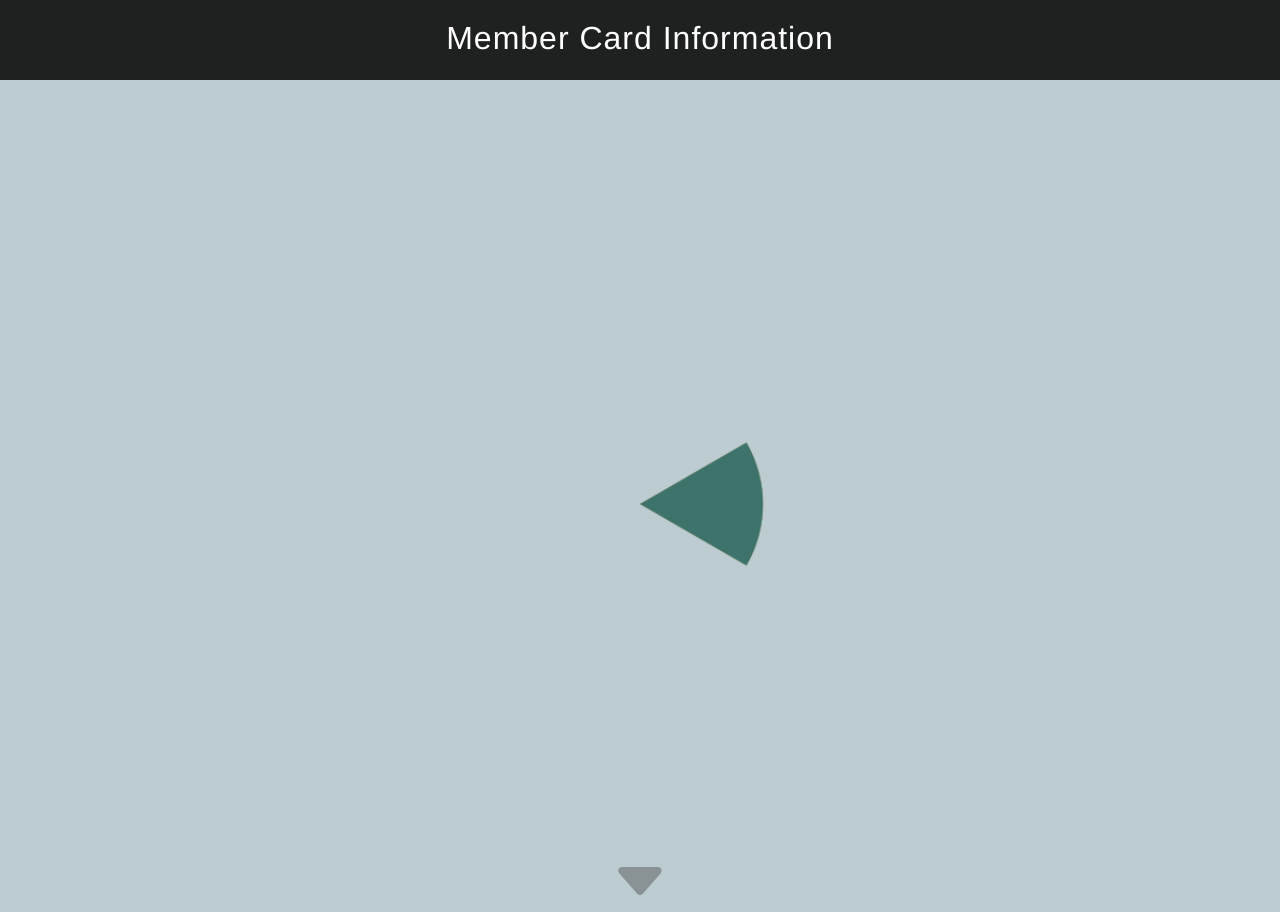
Repository: Leooook/lzhao-fed-test
Page: /
An editor plug-in stored every save of this project. The page is shown before and after the next save, followed by the edit.
The browser window is 1280 px wide. The pictures show the whole page.
The page's requests for data from a server got no answer. The project was rebuilt for these pictures with package versions that can differ from the ones it lists, and the page was loaded fresh each time. No one was signed in, and anything a server would have sent is missing. Also part of the build but not shown: src/components/detail.jsx.

Above is the page before, as saved 2021-03-15 21:31:06.

After the next save:
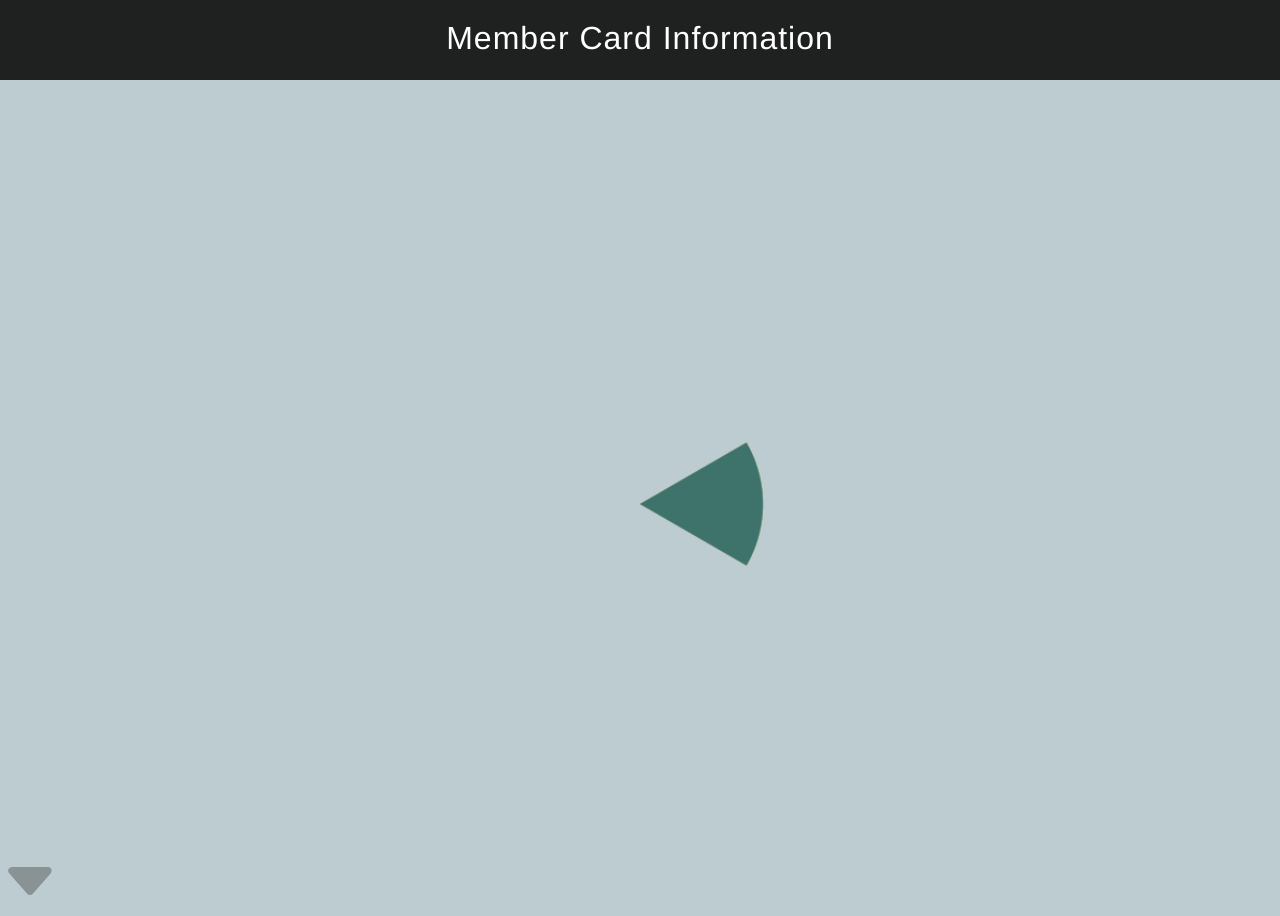
Saved 46 s later.
--- a/src/App.css
+++ b/src/App.css
@@ -21,7 +21,7 @@
 	width: 60px;
 	height: 60px;
 	margin: auto;
-	display: block;
+	display: inline-block;
 	cursor: pointer;
 	animation: upAndDown 3s ease-in-out infinite;
 }

After the save that followed:
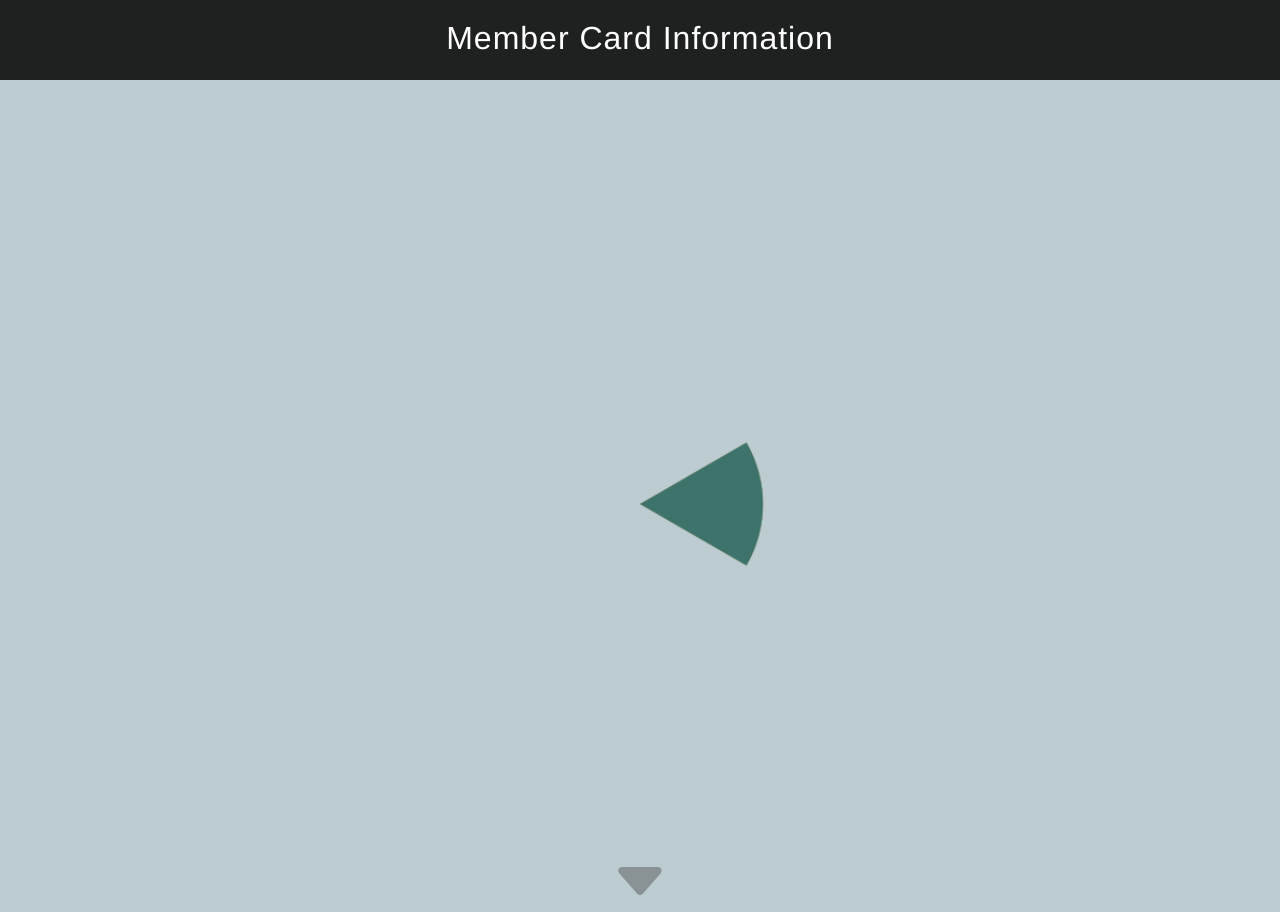
Saved 6 s later.
--- a/src/App.css
+++ b/src/App.css
@@ -21,7 +21,7 @@
 	width: 60px;
 	height: 60px;
 	margin: auto;
-	display: inline-block;
+	display: block;
 	cursor: pointer;
 	animation: upAndDown 3s ease-in-out infinite;
 }
